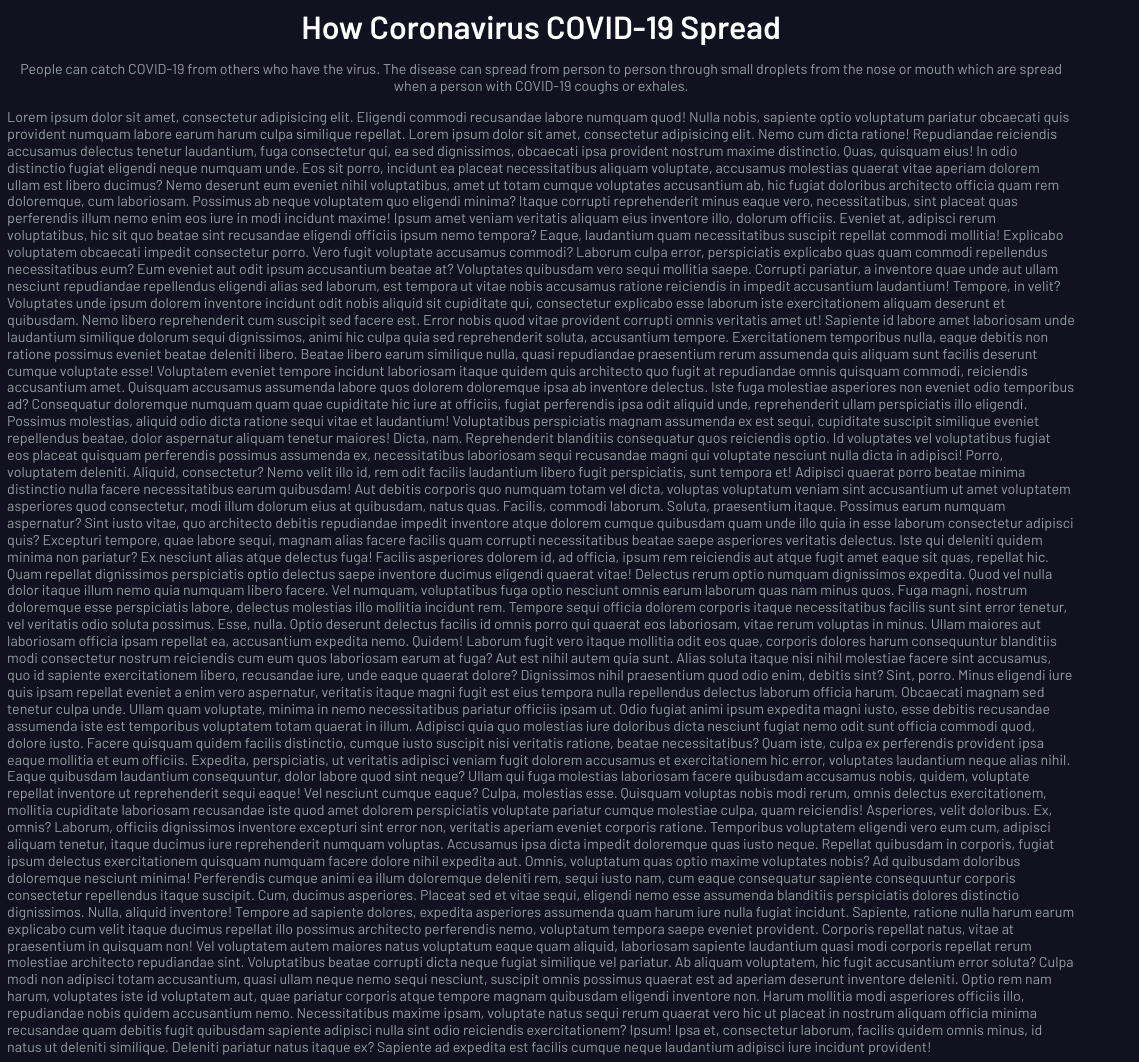
Repository: sitikhusushan/corona_updates
Page: single.html
An editor plug-in stored every save of this project. The page is shown before and after the next save, followed by the edit.
The browser window is 1280 px wide. The pictures show the whole page, at 89% of full size.

Above is the page before, as saved 2020-06-13 16:56:37.

### single.html
<!DOCTYPE html>
<html lang="en">
<head>
    <meta charset="UTF-8">
    <meta name="viewport" content="width=device-width, initial-scale=1.0">
    <link rel="stylesheet" href="style.css">
    <style>
        .title{
            text-align: center;
        }
    </style>
    <title>Document</title>
</head>
<body>

    <div class="single-page-section section-gaps light-blue-bg">
        <div class="container">
            <div class="main-title">

                <h1 class="title">How Coronavirus COVID-19 Spread</h1>
                <p>
                    People can catch COVID-19 from others who have the virus. The
                    disease can spread from person to person through small droplets from
                    the nose or mouth which are spread when a person with COVID-19
                    coughs or exhales.
                </p>
            </div>
            <div class="content-style">
                Lorem ipsum dolor sit amet, consectetur adipisicing elit. Eligendi commodi recusandae labore numquam quod! Nulla nobis, sapiente optio voluptatum pariatur obcaecati quis provident numquam labore earum harum culpa similique repellat.
                Lorem ipsum dolor sit amet, consectetur adipisicing elit. Nemo cum dicta ratione! Repudiandae reiciendis accusamus delectus tenetur laudantium, fuga consectetur qui, ea sed dignissimos, obcaecati ipsa provident nostrum maxime distinctio.
                Quas, quisquam eius! In odio distinctio fugiat eligendi neque numquam unde. Eos sit porro, incidunt ea placeat necessitatibus aliquam voluptate, accusamus molestias quaerat vitae aperiam dolorem ullam est libero ducimus?
                Nemo deserunt eum eveniet nihil voluptatibus, amet ut totam cumque voluptates accusantium ab, hic fugiat doloribus architecto officia quam rem doloremque, cum laboriosam. Possimus ab neque voluptatem quo eligendi minima?
                Itaque corrupti reprehenderit minus eaque vero, necessitatibus, sint placeat quas perferendis illum nemo enim eos iure in modi incidunt maxime! Ipsum amet veniam veritatis aliquam eius inventore illo, dolorum officiis.
                Eveniet at, adipisci rerum voluptatibus, hic sit quo beatae sint recusandae eligendi officiis ipsum nemo tempora? Eaque, laudantium quam necessitatibus suscipit repellat commodi mollitia! Explicabo voluptatem obcaecati impedit consectetur porro.
                Vero fugit voluptate accusamus commodi? Laborum culpa error, perspiciatis explicabo quas quam commodi repellendus necessitatibus eum? Eum eveniet aut odit ipsum accusantium beatae at? Voluptates quibusdam vero sequi mollitia saepe.
                Corrupti pariatur, a inventore quae unde aut ullam nesciunt repudiandae repellendus eligendi alias sed laborum, est tempora ut vitae nobis accusamus ratione reiciendis in impedit accusantium laudantium! Tempore, in velit?
                Voluptates unde ipsum dolorem inventore incidunt odit nobis aliquid sit cupiditate qui, consectetur explicabo esse laborum iste exercitationem aliquam deserunt et quibusdam. Nemo libero reprehenderit cum suscipit sed facere est.
                Error nobis quod vitae provident corrupti omnis veritatis amet ut! Sapiente id labore amet laboriosam unde laudantium similique dolorum sequi dignissimos, animi hic culpa quia sed reprehenderit soluta, accusantium tempore.
                Exercitationem temporibus nulla, eaque debitis non ratione possimus eveniet beatae deleniti libero. Beatae libero earum similique nulla, quasi repudiandae praesentium rerum assumenda quis aliquam sunt facilis deserunt cumque voluptate esse!
                Voluptatem eveniet tempore incidunt laboriosam itaque quidem quis architecto quo fugit at repudiandae omnis quisquam commodi, reiciendis accusantium amet. Quisquam accusamus assumenda labore quos dolorem doloremque ipsa ab inventore delectus.
                Iste fuga molestiae asperiores non eveniet odio temporibus ad? Consequatur doloremque numquam quam quae cupiditate hic iure at officiis, fugiat perferendis ipsa odit aliquid unde, reprehenderit ullam perspiciatis illo eligendi.
                Possimus molestias, aliquid odio dicta ratione sequi vitae et laudantium! Voluptatibus perspiciatis magnam assumenda ex est sequi, cupiditate suscipit similique eveniet repellendus beatae, dolor aspernatur aliquam tenetur maiores! Dicta, nam.
                Reprehenderit blanditiis consequatur quos reiciendis optio. Id voluptates vel voluptatibus fugiat eos placeat quisquam perferendis possimus assumenda ex, necessitatibus laboriosam sequi recusandae magni qui voluptate nesciunt nulla dicta in adipisci!
                Porro, voluptatem deleniti. Aliquid, consectetur? Nemo velit illo id, rem odit facilis laudantium libero fugit perspiciatis, sunt tempora et! Adipisci quaerat porro beatae minima distinctio nulla facere necessitatibus earum quibusdam!
                Aut debitis corporis quo numquam totam vel dicta, voluptas voluptatum veniam sint accusantium ut amet voluptatem asperiores quod consectetur, modi illum dolorum eius at quibusdam, natus quas. Facilis, commodi laborum.
                Soluta, praesentium itaque. Possimus earum numquam aspernatur? Sint iusto vitae, quo architecto debitis repudiandae impedit inventore atque dolorem cumque quibusdam quam unde illo quia in esse laborum consectetur adipisci quis?
                Excepturi tempore, quae labore sequi, magnam alias facere facilis quam corrupti necessitatibus beatae saepe asperiores veritatis delectus. Iste qui deleniti quidem minima non pariatur? Ex nesciunt alias atque delectus fuga!
                Facilis asperiores dolorem id, ad officia, ipsum rem reiciendis aut atque fugit amet eaque sit quas, repellat hic. Quam repellat dignissimos perspiciatis optio delectus saepe inventore ducimus eligendi quaerat vitae!
                Delectus rerum optio numquam dignissimos expedita. Quod vel nulla dolor itaque illum nemo quia numquam libero facere. Vel numquam, voluptatibus fuga optio nesciunt omnis earum laborum quas nam minus quos.
                Fuga magni, nostrum doloremque esse perspiciatis labore, delectus molestias illo mollitia incidunt rem. Tempore sequi officia dolorem corporis itaque necessitatibus facilis sunt sint error tenetur, vel veritatis odio soluta possimus.
                Esse, nulla. Optio deserunt delectus facilis id omnis porro qui quaerat eos laboriosam, vitae rerum voluptas in minus. Ullam maiores aut laboriosam officia ipsam repellat ea, accusantium expedita nemo. Quidem!
                Laborum fugit vero itaque mollitia odit eos quae, corporis dolores harum consequuntur blanditiis modi consectetur nostrum reiciendis cum eum quos laboriosam earum at fuga? Aut est nihil autem quia sunt.
                Alias soluta itaque nisi nihil molestiae facere sint accusamus, quo id sapiente exercitationem libero, recusandae iure, unde eaque quaerat dolore? Dignissimos nihil praesentium quod odio enim, debitis sint? Sint, porro.
                Minus eligendi iure quis ipsam repellat eveniet a enim vero aspernatur, veritatis itaque magni fugit est eius tempora nulla repellendus delectus laborum officia harum. Obcaecati magnam sed tenetur culpa unde.
                Ullam quam voluptate, minima in nemo necessitatibus pariatur officiis ipsam ut. Odio fugiat animi ipsum expedita magni iusto, esse debitis recusandae assumenda iste est temporibus voluptatem totam quaerat in illum.
                Adipisci quia quo molestias iure doloribus dicta nesciunt fugiat nemo odit sunt officia commodi quod, dolore iusto. Facere quisquam quidem facilis distinctio, cumque iusto suscipit nisi veritatis ratione, beatae necessitatibus?
                Quam iste, culpa ex perferendis provident ipsa eaque mollitia et eum officiis. Expedita, perspiciatis, ut veritatis adipisci veniam fugit dolorem accusamus et exercitationem hic error, voluptates laudantium neque alias nihil.
                Eaque quibusdam laudantium consequuntur, dolor labore quod sint neque? Ullam qui fuga molestias laboriosam facere quibusdam accusamus nobis, quidem, voluptate repellat inventore ut reprehenderit sequi eaque! Vel nesciunt cumque eaque?
                Culpa, molestias esse. Quisquam voluptas nobis modi rerum, omnis delectus exercitationem, mollitia cupiditate laboriosam recusandae iste quod amet dolorem perspiciatis voluptate pariatur cumque molestiae culpa, quam reiciendis! Asperiores, velit doloribus.
                Ex, omnis? Laborum, officiis dignissimos inventore excepturi sint error non, veritatis aperiam eveniet corporis ratione. Temporibus voluptatem eligendi vero eum cum, adipisci aliquam tenetur, itaque ducimus iure reprehenderit numquam voluptas.
                Accusamus ipsa dicta impedit doloremque quas iusto neque. Repellat quibusdam in corporis, fugiat ipsum delectus exercitationem quisquam numquam facere dolore nihil expedita aut. Omnis, voluptatum quas optio maxime voluptates nobis?
                Ad quibusdam doloribus doloremque nesciunt minima! Perferendis cumque animi ea illum doloremque deleniti rem, sequi iusto nam, cum eaque consequatur sapiente consequuntur corporis consectetur repellendus itaque suscipit. Cum, ducimus asperiores.
                Placeat sed et vitae sequi, eligendi nemo esse assumenda blanditiis perspiciatis dolores distinctio dignissimos. Nulla, aliquid inventore! Tempore ad sapiente dolores, expedita asperiores assumenda quam harum iure nulla fugiat incidunt.
                Sapiente, ratione nulla harum earum explicabo cum velit itaque ducimus repellat illo possimus architecto perferendis nemo, voluptatum tempora saepe eveniet provident. Corporis repellat natus, vitae at praesentium in quisquam non!
                Vel voluptatem autem maiores natus voluptatum eaque quam aliquid, laboriosam sapiente laudantium quasi modi corporis repellat rerum molestiae architecto repudiandae sint. Voluptatibus beatae corrupti dicta neque fugiat similique vel pariatur.
                Ab aliquam voluptatem, hic fugit accusantium error soluta? Culpa modi non adipisci totam accusantium, quasi ullam neque nemo sequi nesciunt, suscipit omnis possimus quaerat est ad aperiam deserunt inventore deleniti.
                Optio rem nam harum, voluptates iste id voluptatem aut, quae pariatur corporis atque tempore magnam quibusdam eligendi inventore non. Harum mollitia modi asperiores officiis illo, repudiandae nobis quidem accusantium nemo.
                Necessitatibus maxime ipsam, voluptate natus sequi rerum quaerat vero hic ut placeat in nostrum aliquam officia minima recusandae quam debitis fugit quibusdam sapiente adipisci nulla sint odio reiciendis exercitationem? Ipsum!
                Ipsa et, consectetur laborum, facilis quidem omnis minus, id natus ut deleniti similique. Deleniti pariatur natus itaque ex? Sapiente ad expedita est facilis cumque neque laudantium adipisci iure incidunt provident!

            </div>
        </div>
    </div>
</body>
</html>

### style.css
body {
  background-color: #111120;
  font-family: "Barlow";
  color: #939f9f;
}

.container {
  max-width: 1200px;
}

/* navbar css */
/* this css is to put the navbar at same place  */
.fix {
  position: fixed;
  top: 0;
  right: 0;
  left: 0;
  background-color: #111120;
  padding: 40px 0px;
  z-index: 20;
}

/* to change the content of navbar when hover   */
.navbar .navbar-nav .nav-item a.nav-link:hover {
  color: hotpink;
}

/* this hover is for nav-item  */
.navbar .navbar-nav .nav-item .dropdown-menu a.dropdown-item:hover {
  background-color: hotpink;
}

.dropdown-menu {
  display: none;
  position: absolute;
  background-color: #111120;
  /* z-index: 1; */
}

.dropdown-menu .dropdown-item {
  color: #939fb2;
  font-weight: 600;
}
/* this hover is for dropdown-menu */
.navbar .navbar-nav .nav-item:hover .dropdown-menu {
  display: block;
}

.navbar .nav-item a.nav-link {
  font-weight: 500;
  padding: 8px 16px;
}

nav .container .logo img {
  max-width: 170px;
}

header .onlinehelp .btn {
  padding: 12px 32px;
  font-weight: 500;
}

header .onlinehelp span {
  padding-left: 5px;
}

/* banner css starts from here  */

.banner {
  height: 100%;
  text-align: center;
  padding-top: 180px;
}

.banner h1 {
  color: white;
  font-weight: 600;
  font-size: 48px;
  margin-bottom: 28px;
}

/* css for covid-19 prevention & symptoms */
.btn-pink {
  color: white;
  background-color: #ff4f7b;
  border-color: #ff4f7b;
}

.btn-lg {
  padding: 1rem 2rem;
  font-size: 1rem;
  font-weight: 500;
  border-radius: 0px;
}

.btn-primary {
  color: white;
  margin-right: 30px;
}

/* css for paragraph of banner  */
.pre {
  font-size: 0.75rem;
  font-weight: 500;
  line-height: 1;
  letter-spacing: 2.5px;
  display: inline-block;
  border-radius: 800px;
  border: #232341 solid;
  background-color: #232341;
  color: #0d6bff;
  padding: 10px 32px;
  margin-bottom: 16px;
  text-transform: uppercase;
}

/* css for dashboard starts from here  */
.dashboard h2 {
  font-size: 23px;
}

.dashboard h3 {
  font-size: 22px;
  font-weight: 600;
  margin-bottom: 23px;
  text-align: center;
  color: white;
}

.dashboard .container {
  position: relative;
  width: 1072px;
  background-color: #19192c;
  padding: 48px;
  border: 1px solid #0d6bff;
}

.dashboard .row > div {
  position: relative;
  display: block;
  width: 245px;
  background-color: #111120;
  border: 1px solid #001940;
  z-index: 1;
}

/* here css for image  */
.dashboard .status img {
  position: absolute;
  top: 10%;
  left: 70%;
  right: 0%;
  width: 55px;
  max-width: 100%;
  height: auto;
  filter: invert(7%) sepia(7%) saturate(6094%) hue-rotate(203deg)
    brightness(92%) contrast(91%);
}

/* hover for image of dashboard is here */
/* .dahsboard .status img:hover {
  filter: invert(99%) sepia(9%) saturate(793%) hue-rotate(173deg)
    brightness(98%) contrast(99%);
} */

.dashboard .status-color {
  padding: 32px;
}

/* css for bottom border color is here */
.dashboard .status.status-info {
  border-bottom-color: #36b9cc;
}

.dashboard .status.status-danger {
  border-bottom-color: #e74a3b;
}

.dashboard .status.status-success {
  border-bottom-color: #1cc88a;
}

.dashboard .status.status-warning {
  border-bottom-color: #f6c23e;
}

#totalcases {
  color: #36b9cc;
}

#totaldeaths {
  color: #e74a3b;
}

#totalrecovered {
  color: #1cc88a;
}

#newcases {
  color: #f6c23e;
}

.situation {
  text-align: center;
  margin: 0px;
  margin-top: 48px;
  text-decoration: underline;
  font-weight: 500;
  padding: 2px;
}

p.situation a:hover {
  text-decoration: none;
  color: hotpink;
}

/* table css starts from here */
table,
th,
td {
  border: 1px solid black;
  border-collapse: collapse;
}

table {
  text-align: left;
  position: relative;
  border-collapse: collapse;
  color: white;
}

th,
td {
  padding: 10px;
  font-weight: bold;
}

th {
  color: white;
  background-color: #000000;
  position: sticky;
  top: 21%;
  box-shadow: 0 2px 2px -1px grey;
}

td#hov i:hover {
  color: red;
}

i:focus:before{
  content:"\f004" ;
}

td:nth-child(none){
  background-color: white;
}

td:nth-child(3) {
  background-color: #ffeeaa;
  color: #000000;
}
td:nth-child(5) {
  background-color: red;
}

tr:nth-child(even) {
  background-color: #19192c;
}

tr:nth-child(odd) {
  background-color: #111120;
}



/* about css starts from here  */

.sick {
  color: white;
  font-size: 36px;
  margin-bottom: 24px;
  font-weight: 600;
}

.bg-color {
  background-color: #131327;
}

.top {
  padding-top: 120px;
}

.pb-both {
  padding: 120px 0px;
}

/* .about h3 {
  font-size: 0.75rem;
  font-weight: 500;
  line-height: 1;
  letter-spacing: 2.5px;
  display: inline-block;
  border-radius: 800px;
  border: #232341 solid;
  background-color: #232341;
  color: #0d6bff;
  padding: 10px 32px;
  margin-bottom: 16px;
} */
.about p {
  color: #939fb2;
}

.about .container img.women {
  width: 470px;
  height: auto;
}

/* transmission of css starts from here */

.main-title .title {
    color: white;
  font-size: 36px;
  margin-bottom: 24px;
  font-weight: 600;
  margin: 0px 150px;
  padding: 0px 15px;
  text-align: center;
}

.main-title{
  text-align:center;
}

/* .transmission .both p.subheading {
  position: relative;
  font-size: 0.75rem;
  font-weight: 500;
  line-height: 1;
  letter-spacing: 2.5px;
  display: inline-block;
  border-radius: 800px;
  border: #232341 solid;
  background-color: #232341;
  color: #0d6bff;
  padding: 10px 32px;
  margin-bottom: 16px;
  text-transform: uppercase;
} */

.transmission h1 {
  font-size: 2.25rem;
  font-weight: 600;
  color: white;
  text-align: center;
}

.transmission .row > div {
  padding: 30px 25px;
  margin-top: 30px;
}

.fluid img.img-fluid {
  width: 187px;
  height: auto;
}

.fluid img.img-fluid2 {
  width: 150px;
  height: auto;
}

.fluid img.img-fluid3 {
  width: 170px;
  height: auto;
}

.fluid img.img-fluid4 {
  width: 189px;
  height: auto;
}

.fluid {
  font-weight: 500;
  font-size: 22px;
  text-align: center;
  color: white;
}

/* .transmission p.check {
  text-align: center;
}

.transmission p.check a {
  text-align: center;
  text-decoration: underline;
}

.transmission p.check a:hover {
  text-decoration: none;
  color: hotpink;
} */

/* symptoms css starts from here */
.symptoms img {
  width: 150px;
  height: 150px;
}

.symptoms .container > div {
  text-align: center;
}

/* recent blogs css starts from here  */
.news img {
  width: 370px;
  height: auto;
}

/* footer starts from here */
footer .subfooter{
  padding: 80px 0px;
}

footer .subfooter ul{
 list-style: none;
 text-align: left;
 margin: 0px;
 padding: 0px;
}

footer .subfooter img{
  width: 135px;
  margin-bottom:24px ;
}

footer .subfooter h3{
  margin-top: 8px;
  margin-bottom: 24px;
  font-size: 21px;
  color: white;
}

footer .subfooter i{
padding: 5px;
}

footer .subfooter h4{
  font-size: 18px;
  margin-bottom: 8px;
  color: white;
}

footer .subfooter ul li a{
  display: block;
  color: #939fb2;
  padding: 4px 0px;
  font-size: 14px;
}
 footer .subfooter p{
   color: #939fb2;
 }

footer .subfooter ul li a:hover {
  text-decoration: none;
  color: hotpink;
}

.copyright {
  background-color:#19192c;
  padding: 48px 0px;

}

.copyright .copy{
  text-align: center;
}

.copyright h4{
  color: white;
  font-size: 16px;
  margin-bottom: 8px;
}

.copyright p{
  font-size: 14px ;
  margin: 0px;
}

@font-face {
  font-family: "Barlow";
  src: url("font/Barlow-Black.woff2") format("woff2"),
    url("font/Barlow-Black.woff") format("woff"),
    url("font/Barlow-Black.svg#Barlow-Black") format("svg");
  font-weight: 900;
  font-style: normal;
}

@font-face {
  font-family: "Barlow";
  src: url("font/Barlow-Light.woff2") format("woff2"),
    url("font/Barlow-Light.woff") format("woff"),
    url("font/Barlow-Light.svg#Barlow-Light") format("svg");
  font-weight: 300;
  font-style: normal;
}

@font-face {
  font-family: "Barlow";
  src: url("font/Barlow-Medium.woff2") format("woff2"),
    url("font/Barlow-Medium.woff") format("woff"),
    url("font/Barlow-Medium.svg#Barlow-Medium") format("svg");
  font-weight: 500;
  font-style: normal;
}

@font-face {
  font-family: "Barlow";
  src: url("font/Barlow-ExtraBold.woff2") format("woff2"),
    url("font/Barlow-ExtraBold.woff") format("woff"),
    url("font/Barlow-ExtraBold.svg#Barlow-ExtraBold") format("svg");
  font-weight: 800;
  font-style: normal;
}

@font-face {
  font-family: "Barlow";
  src: url("font/Barlow-SemiBold.woff2") format("woff2"),
    url("font/Barlow-SemiBold.woff") format("woff"),
    url("font/Barlow-SemiBold.svg#Barlow-SemiBold") format("svg");
  font-weight: 600;
  font-style: normal;
}

@font-face {
  font-family: "Barlow";
  src: url("font/Barlow-Regular.woff2") format("woff2"),
    url("font/Barlow-Regular.woff") format("woff"),
    url("font/Barlow-Regular.svg#Barlow-Regular") format("svg");
  font-weight: normal;
  font-style: normal;
}

@font-face {
  font-family: "Barlow";
  src: url("font/Barlow-Thin.woff2") format("woff2"),
    url("font/Barlow-Thin.woff") format("woff"),
    url("font/Barlow-Thin.svg#Barlow-Thin") format("svg");
  font-weight: 100;
  font-style: normal;
}

@font-face {
  font-family: "Barlow";
  src: url("font/Barlow-Bold.woff2") format("woff2"),
    url("font/Barlow-Bold.woff") format("woff"),
    url("font/Barlow-Bold.svg#Barlow-Bold") format("svg");
  font-weight: bold;
  font-style: normal;
}

@font-face {
  font-family: "Barlow";
  src: url("font/Barlow-ExtraLight.woff2") format("woff2"),
    url("font/Barlow-ExtraLight.woff") format("woff"),
    url("font/Barlow-ExtraLight.svg#Barlow-ExtraLight") format("svg");
  font-weight: 200;
  font-style: normal;
}

After the next save:
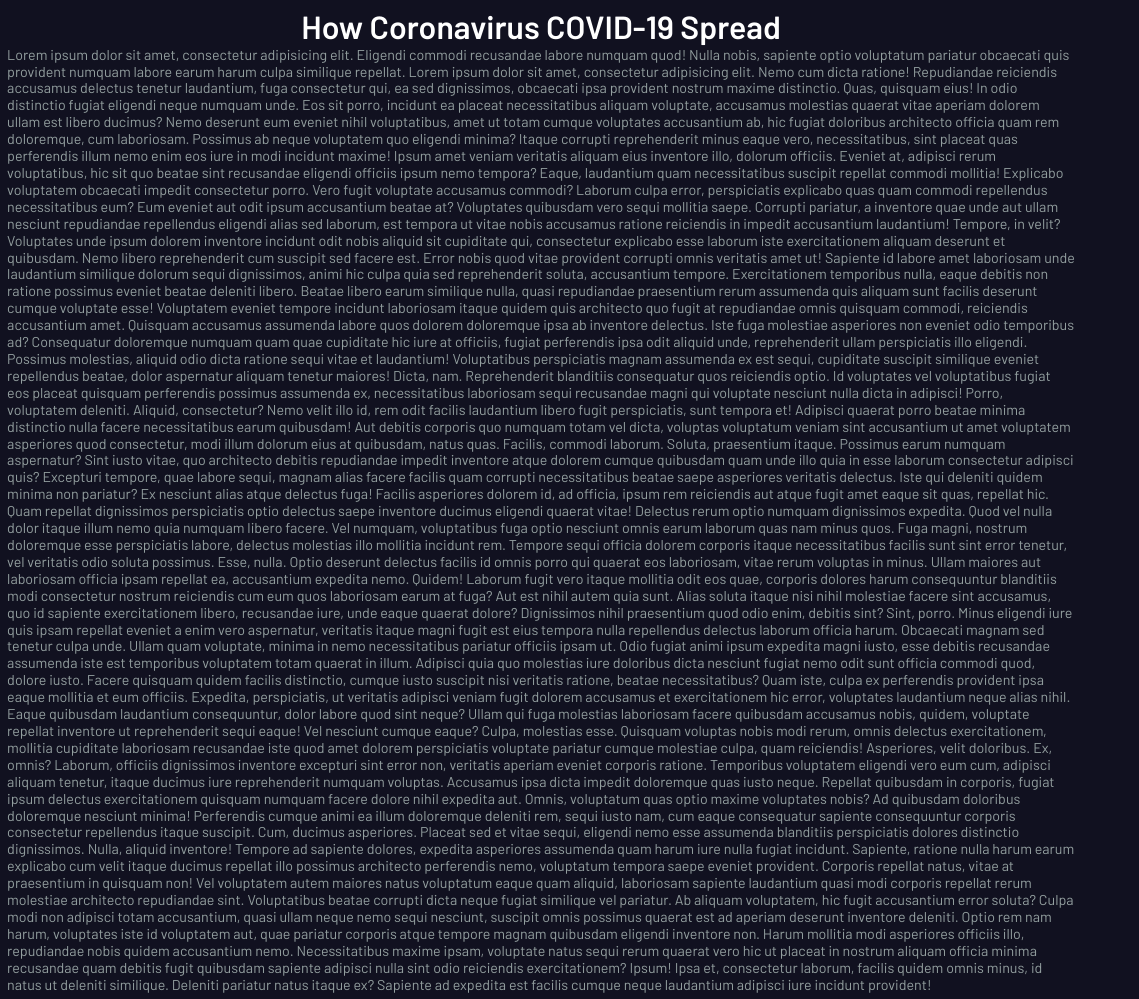
Saved 2 s later.
--- a/single.html
+++ b/single.html
@@ -18,12 +18,7 @@
             <div class="main-title">
 
                 <h1 class="title">How Coronavirus COVID-19 Spread</h1>
-                <p>
-                    People can catch COVID-19 from others who have the virus. The
-                    disease can spread from person to person through small droplets from
-                    the nose or mouth which are spread when a person with COVID-19
-                    coughs or exhales.
-                </p>
+
             </div>
             <div class="content-style">
                 Lorem ipsum dolor sit amet, consectetur adipisicing elit. Eligendi commodi recusandae labore numquam quod! Nulla nobis, sapiente optio voluptatum pariatur obcaecati quis provident numquam labore earum harum culpa similique repellat.
